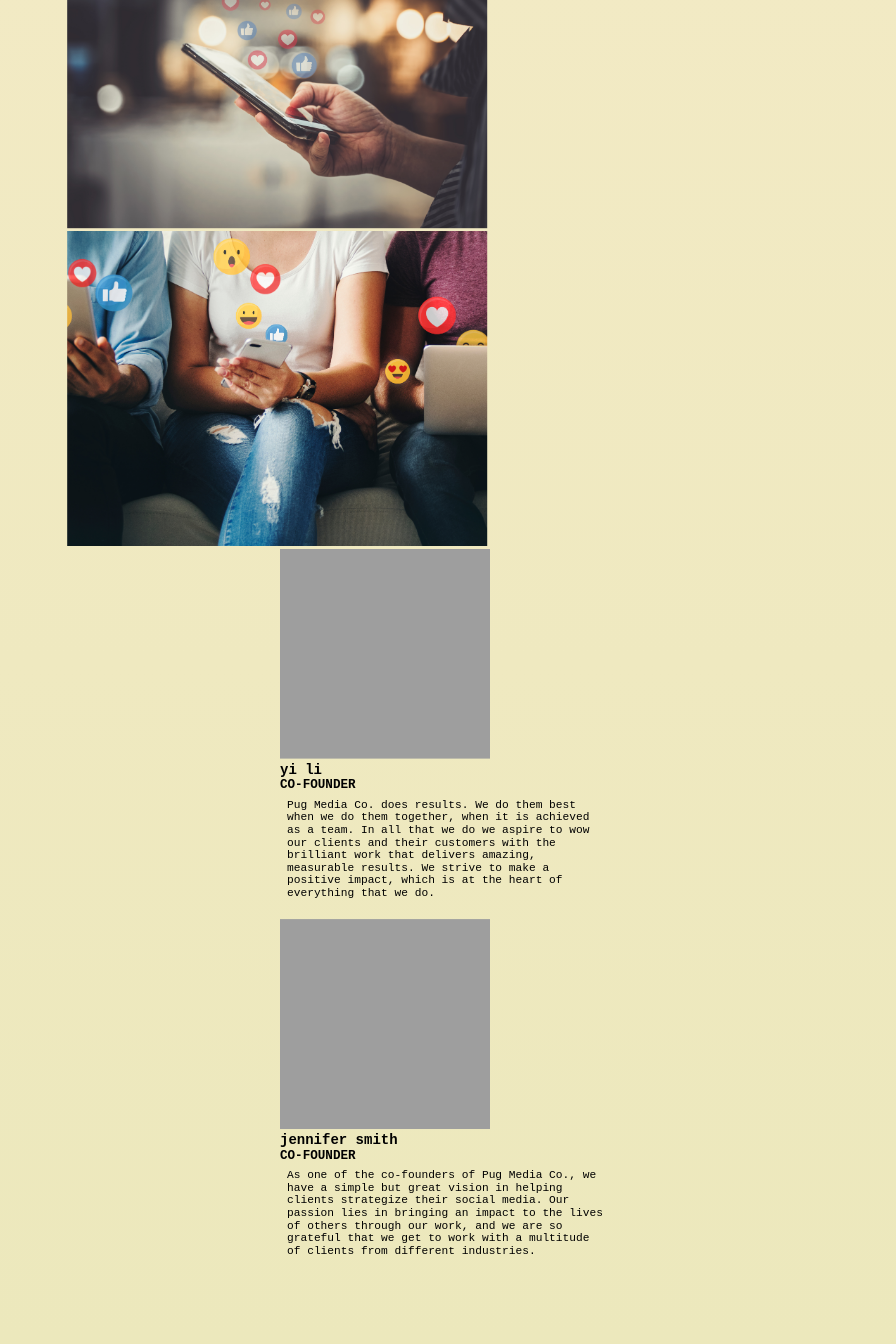
Repository: cheungglenda/MDIA2109-Week3
Page: /
An editor plug-in stored every save of this project. The page is shown before and after the next save, followed by the edit.
The browser window is 1280 px wide. The pictures show the part of the page from y = 1000 to 2920 px (the page is 2920 px tall before and 2410 px after), at 70% of full size.
Pictures or frames that could not be fetched are drawn as grey boxes. The project was rebuilt for these pictures with package versions that can differ from the ones it lists, and the page was loaded fresh each time. The framework's server and built-in components were replaced by stand-ins that run in the browser. Also part of the build but not shown: next.config.js.

Above is the page before, as saved 2023-01-20 23:40:17.

### pages/index.js
import Head from 'next/head'
import Image from 'next/image'
import { Inter } from '@next/font/google'
import styles from '@/styles/Home.module.css'
import homeData from '../data/education.json'
import { useState } from 'react'
import Card from '../components/Card'
import Link from 'next/link'

const inter = Inter({ subsets: ['latin'] })

export default function Home() {

  /** ([...data]) enters the data in the useState and is calling that info. the useState has all the data from the education.json file */
  const [information, setInformation] = useState([...homeData])
  console.log(homeData);

  return (
    <>
      <Head>
        <title>Pug Media Co.</title>
        <meta name="description" content="Full-service digital marketing agency" />
        <meta name="viewport" content="width=device-width, initial-scale=1" />
        <link rel="icon" href="/favicon.ico" />
      </Head>
      <main className={styles.main}>
        <div className={styles.buttons}>
      <Link href="/" className={styles.links}>Home</Link>
      <Link href="../about" className={styles.links}>About</Link>
      <Link href="/" className={styles.links}>Contact</Link>
        </div>

        <div className={styles.meetTitle}>Pug Media Co.</div>
        <div className={styles.center}>
          <Image
            className={styles.logo}
            src="/office.jpeg"
            width={600}
            height={450}
          />
          <div className={styles.homeDesc}>
            Pug Media Co. is an independent creative full-service media agency developing content on a global scale. <br></br><br></br>The experts here at Pug Media Co. specialize in SEO, web design, and branding. We have helped many clients from various industries, and hope to help you achieve your goals as well!
          </div>
        </div>
        <div className={styles.bottom}>
        <div className={styles.homeDesc}>
        Since 2007, our work has been driven by the higher purpose of growing brands to impact lives. We have helped many different companies become global brands for good in their own ways and enjoy more rewards as a result.<br></br>
          </div>
        <Image
            className={styles.social}
            src="/media.jpeg"
            width={600}
            height={450}
          />
                <Image
            className={styles.social}
            src="/media2.jpeg"
            width={600}
            height={450}
          />
        </div>
        <div className={styles.profiles}>
            {information && information.map((info, index) => {
              if(info.department === "Business") {
                return (
                  <Card key={index}
                    image={info.image}
                    firstname={info.firstName}
                    lastname={info.lastName}
                    jobtitle={info.jobTitle}
                    description={info.description}
                  />
                )
              }
            })}

              {information && information.map((info, index) => {
              if(info.department === "HR") {
                return (
                  <Card key={index}
                    image={info.image}
                    firstname={info.firstName}
                    lastname={info.lastName}
                    jobtitle={info.jobTitle}
                    description={info.description}
                  />
                )
              }
            })}
          </div>
      </main>
    </>
  )
}

/** .toLowerCase() is input when you don't want to worry about case sensitivity */

### styles/Home.module.css
.main {
  display: flex;
  flex-direction: column;
  justify-content: space-between;
  align-items: center;
  padding: 6rem;
  font-family:arial;
  min-height: 100vh;
  background-image: linear-gradient(rgb(245, 235, 200), rgb(236, 232, 188));

}

.buttons {
  display: flex;
  flex-direction:row;
  justify-content: space-evenly;
  margin-bottom:3%;
}

.links:hover {
  text-decoration:underline;
}

.links {
  font-size: 18px;
  max-width: var(--max-width);
  width: 100%;
  font-weight:900;
  font-family: 'Courier New', Courier, monospace;
  text-transform:lowercase;
  padding-left:10%;
}

.description {
  display: inherit;
  justify-content: inherit;
  align-items: inherit;
  font-size: 15px;
  max-width: var(--max-width);
  width: 100%;
  font-family: var(--font-mono);
}

.social {
  justify-content:inherit;
  object-fit:cover;
  margin-right:2%;
}

.homeDesc {
  font-size: 18px;
  font-family:'Courier New', Courier, monospace;
  margin-left:2%;
  margin-bottom:3%;
}

.description a {
  display: flex;
  justify-content: center;
  align-items: center;
  gap: 0.5rem;
}

.description p {
  position: relative;
  margin: 0;
  padding: 1rem;
  background-color: rgba(var(--callout-rgb), 0.5);
  border: 1px solid rgba(var(--callout-border-rgb), 0.3);
  border-radius: var(--border-radius);
}

.code {
  font-weight: 700;
  font-family: var(--font-mono);
}

.meetTitle {
  font-size: 50px;
  font-weight:700;
  text-transform:lowercase;
  font-family:'Courier New', Courier, monospace;
  text-align:center;
}

.grid {
  display: flex;
  justify-content:center;
  width: var(--max-width);
  max-width: 100%;
  align-items:center;
  flex: 1;
}

.card {
  padding: 1rem 1.2rem;
  border-radius: var(--border-radius);
  background: rgba(var(--card-rgb), 0);
  border: 1px solid rgba(var(--card-border-rgb), 0);
  transition: background 200ms, border 200ms;
}

.card span {
  display: inline-block;
  transition: transform 200ms;
}

.info {
  font-family:'Courier New', Courier, monospace;
}

.card h2 {
  font-weight: 600;
  margin-bottom: 0.7rem;
}

.card p {
  margin: 0;
  opacity: 0.6;
  font-size: 0.9rem;
  line-height: 1.5;
  max-width: 30ch;
}


.employees {
  display:flex;
  gap:20px;
  width: 80%;
  text-align:center;
  font-family:'Courier New', Courier, monospace;
}

.titleDesc {
  font-size:16px;
  margin-bottom:3%;
}

.center {
  display: flex;
  justify-content: center;
  align-items: center;
  position: relative;
  padding: 4rem 0;
}

.center::before {
  background: var(--secondary-glow);
  border-radius: 50%;
  width: 480px;
  height: 360px;
  margin-left: -400px;
}

.center::after {
  background: var(--primary-glow);
  width: 240px;
  height: 180px;
  z-index: -1;
}

.center::before,
.center::after {
  content: '';
  left: 50%;
  position: absolute;
  filter: blur(45px);
  transform: translateZ(0);
}

.logo,
.thirteen {
  position: relative;
  object-fit:cover;
}

.thirteen {
  display: flex;
  justify-content: center;
  align-items: center;
  width: 75px;
  height: 75px;
  padding: 25px 10px;
  margin-left: 16px;
  transform: translateZ(0);
  border-radius: var(--border-radius);
  overflow: hidden;
  box-shadow: 0px 2px 8px -1px #0000001a;
}

.thirteen::before,
.thirteen::after {
  content: '';
  position: absolute;
  z-index: -1;
}

/* Conic Gradient Animation */
.thirteen::before {
  animation: 6s rotate linear infinite;
  width: 200%;
  height: 200%;
  background: var(--tile-border);
}

/* Inner Square */
.thirteen::after {
  inset: 0;
  padding: 1px;
  border-radius: var(--border-radius);
  background: linear-gradient(
    to bottom right,
    rgba(var(--tile-start-rgb), 1),
    rgba(var(--tile-end-rgb), 1)
  );
  background-clip: content-box;
}

/* Enable hover only on non-touch devices */
@media (hover: hover) and (pointer: fine) {
  .card:hover {
    background: rgba(var(--card-rgb), 0.1);
    border: 1px solid rgba(var(--card-border-rgb), 0.15);
  }

  .card:hover span {
    transform: translateX(4px);
  }
}

@media (prefers-reduced-motion) {
  .thirteen::before {
    animation: none;
  }

  .card:hover span {
    transform: none;
  }
}

/* Mobile */
@media (max-width: 700px) {
  .content {
    padding: 4rem;
  }

  .grid {
    grid-template-columns: 1fr;
    margin-bottom: 120px;
    max-width: 320px;
    text-align: center;
  }

  .card {
    padding: 1rem 2.5rem;
  }

  .card h2 {
    margin-bottom: 0.5rem;
  }

  .center {
    padding: 8rem 0 6rem;
  }

  .center::before {
    transform: none;
    height: 300px;
  }

  .description {
    font-size: 0.8rem;
  }

  .description a {
    padding: 1rem;
  }

  .description p,
  .description div {
    display: flex;
    justify-content: center;
    position: fixed;
    width: 100%;
  }

  .description p {
    align-items: center;
    inset: 0 0 auto;
    padding: 2rem 1rem 1.4rem;
    border-radius: 0;
    border: none;
    border-bottom: 1px solid rgba(var(--callout-border-rgb), 0.25);
    background: linear-gradient(
      to bottom,
      rgba(var(--background-start-rgb), 1),
      rgba(var(--callout-rgb), 0.5)
    );
    background-clip: padding-box;
    backdrop-filter: blur(24px);
  }

  .description div {
    align-items: flex-end;
    pointer-events: none;
    inset: auto 0 0;
    padding: 2rem;
    height: 200px;
    background: linear-gradient(
      to bottom,
      transparent 0%,
      rgb(var(--background-end-rgb)) 40%
    );
    z-index: 1;
  }
}

/* Tablet and Smaller Desktop */
@media (min-width: 701px) and (max-width: 1120px) {
  .grid {
    grid-template-columns: repeat(2, 50%);
  }
}

@media (prefers-color-scheme: dark) {

  .main {
    background-image: linear-gradient(rgb(51, 65, 14), rgb(169, 169, 110));
  }

  .vercelLogo {
    filter: invert(1);
  }

  .meetTitle {
    color:white;
  }

  .titleDesc {
    color:white;
  }

  .links {
    color: white;
  }

  .employees {
    color: black;
  }
}

@keyframes rotate {
  from {
    transform: rotate(360deg);
  }
  to {
    transform: rotate(0deg);
  }
}

### data/education.json
[
        {
            "firstName": "Yi",
            "lastName": "Li",
            "department": "Business",
            "jobTitle": "Co-Founder",
            "description": "Pug Media Co. does results. We do them best when we do them together, when it is achieved as a team. In all that we do we aspire to wow our clients and their customers with the brilliant work that delivers amazing, measurable results. We strive to make a positive impact, which is at the heart of everything that we do."
        },
        {
            "firstName": "Jennifer",
            "lastName": "Smith",
            "department": "HR",
            "jobTitle": "Co-Founder",
            "description": "As one of the co-founders of Pug Media Co., we have a simple but great vision in helping clients strategize their social media. Our passion lies in bringing an impact to the lives of others through our work, and we are so grateful that we get to work with a multitude of clients from different industries."
        }
]

### components/Card/index.js
export default function Card({
    firstname = "none",
    lastname = "none",
    department = "none",
    jobtitle = "none",
    yearsworked = 0,
    description = "none",
    contact = "none",
    color = "pink",
    font = "O",
    image = "icon/person.png"
}) {
    return (
        <div>
        {
            firstname === "Yi" ? <img style={{objectFit: "cover"}} src={'yi.jpeg'} width="300" height="300"/> :
            firstname === "Jennifer" ? <img style={{objectFit: "cover"}} src={'jennifer.jpeg'} width="300" height="300"/> :
            <img src={image} width="300"/>
        }
            <h1 style={{fontFamily:"'Courier New', Courier, monospace", textTransform: "lowercase", fontSize: 20}}>{firstname} {lastname}</h1>
            <h2 style={{fontFamily:"'Courier New', Courier, monospace", textTransform: "uppercase", fontSize: 18}}>{jobtitle}</h2>
            <p style={{fontFamily: "'Courier New', Courier, monospace", margin:"10px", width:"460px"}}>{description}</p><br></br>
        </div>
    )
}

Loaded but not shown: pages/_app.js (common file); pages/_document.js (common file); pages/api/hello.js (common file); styles/globals.css (common file)

After the next save:
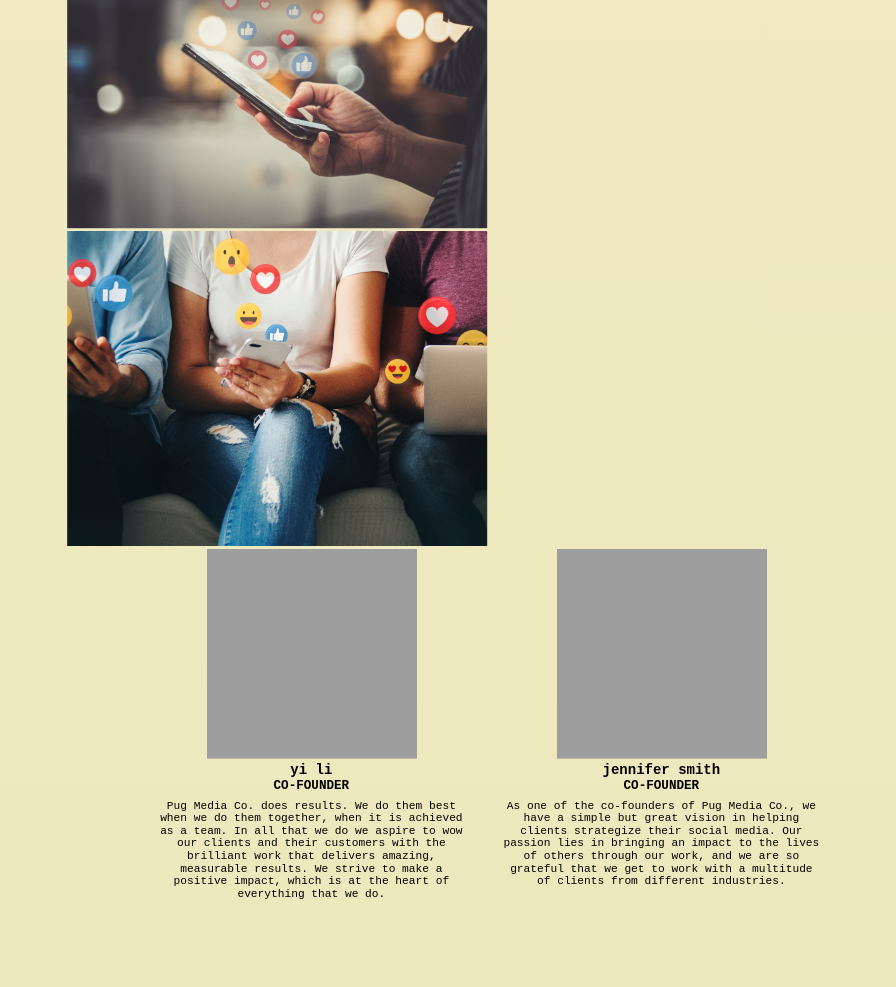
Saved 23 s later.
--- a/pages/index.js
+++ b/pages/index.js
@@ -59,7 +59,7 @@ export default function Home() {
             height={450}
           />
         </div>
-        <div className={styles.profiles}>
+        <div className={styles.employees}>
             {information && information.map((info, index) => {
               if(info.department === "Business") {
                 return (
